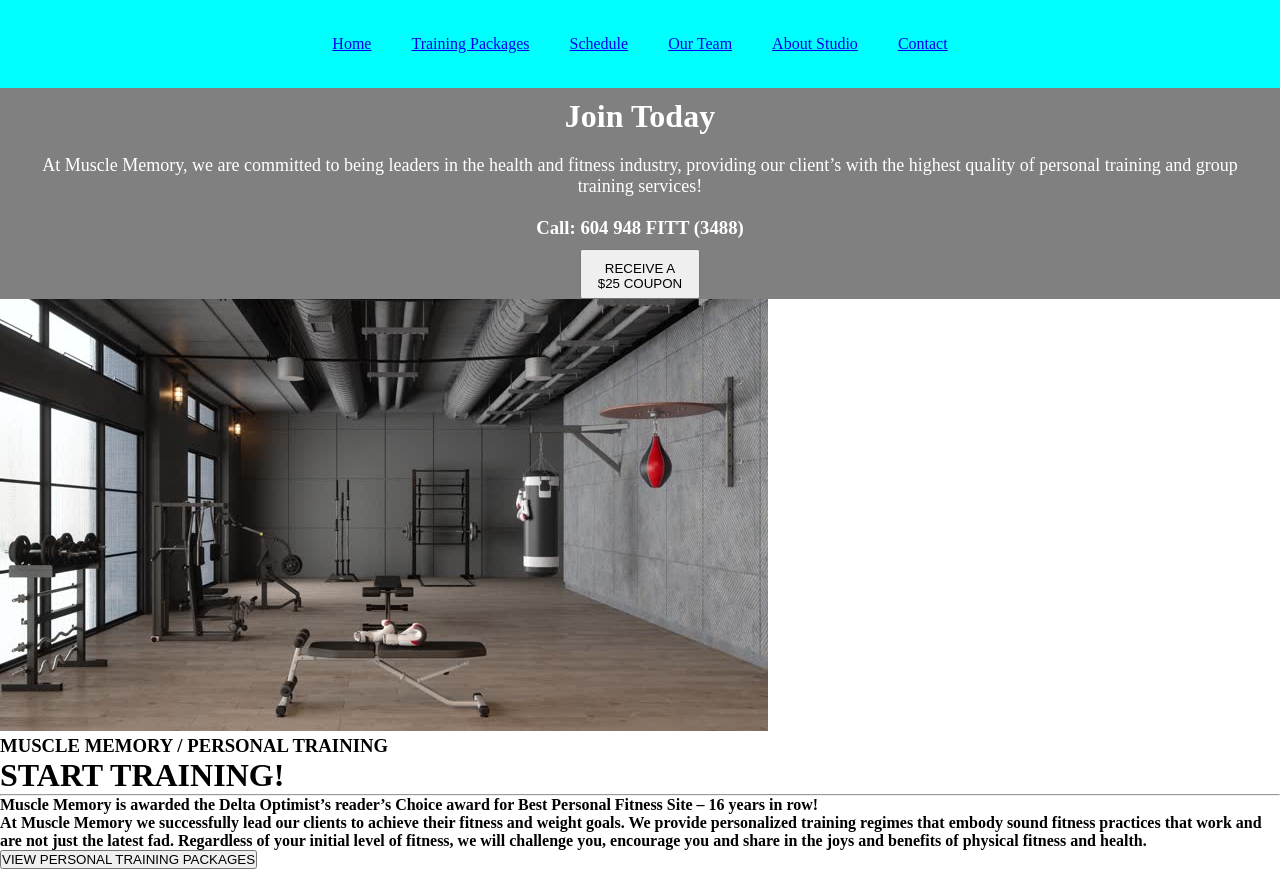
Repository: MujtabaHabib/muscle-memory-website
Page: index.html
An editor plug-in stored every save of this project. The page is shown before and after a run of saves, followed by the edit.
The browser window is 1280 px wide. The pictures show the whole page.

Above is the page before, as saved 2026-01-27 02:53:35.

After the next 2 saves:
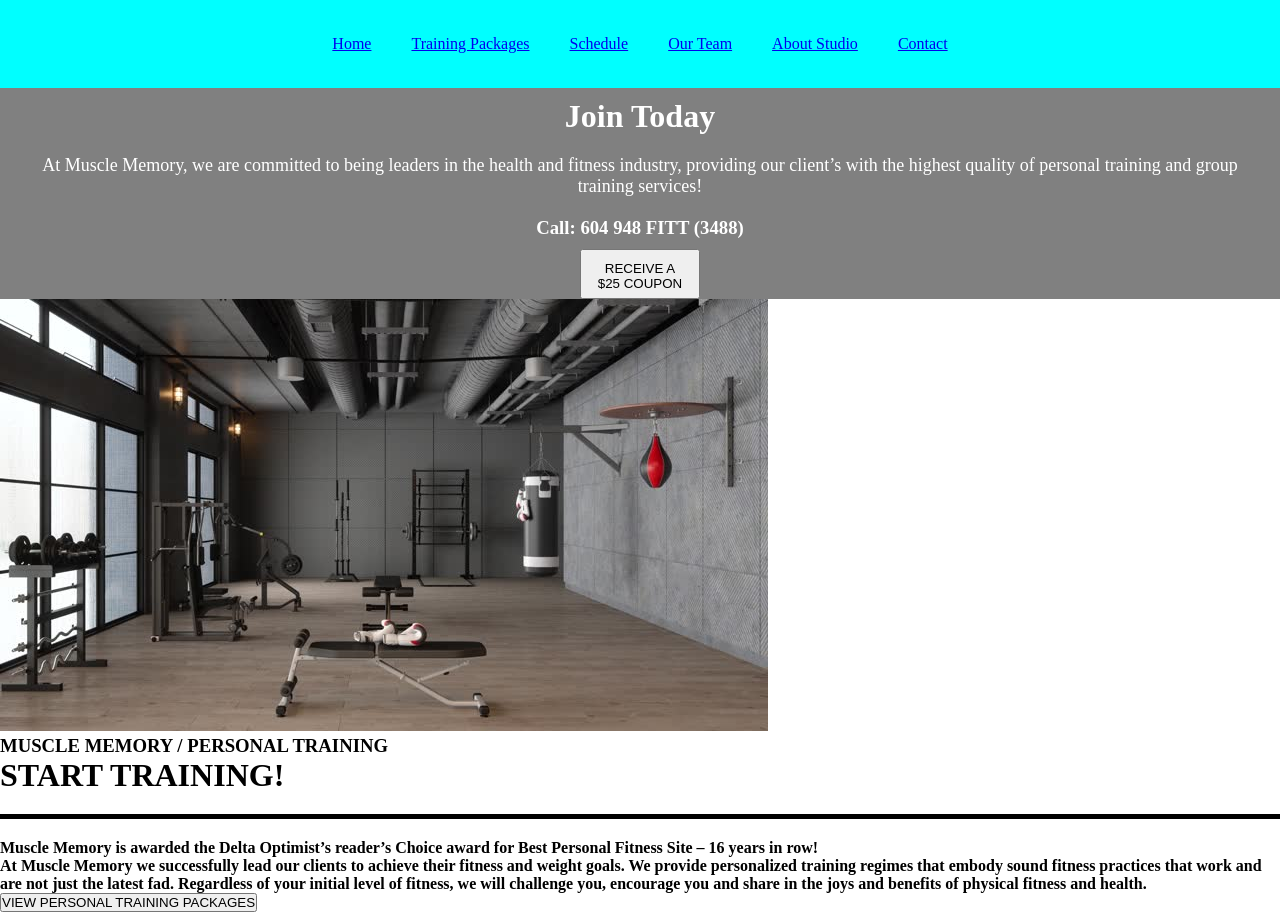
The 2 saves are shown as one change because they came seconds apart.
The last was saved 13 s later.
--- a/style.css
+++ b/style.css
@@ -38,12 +38,10 @@
     font-size: 18px;
 }
 
-hr{
+
 hr {
   border: none; /* Removes default border */
   border-top: 5px solid #000000; /* Adds a solid top border (the line) */
   width: 10; /* Sets the length */
   margin: 20px auto; /* Centers the line and adds spacing */
 }
-
-}
